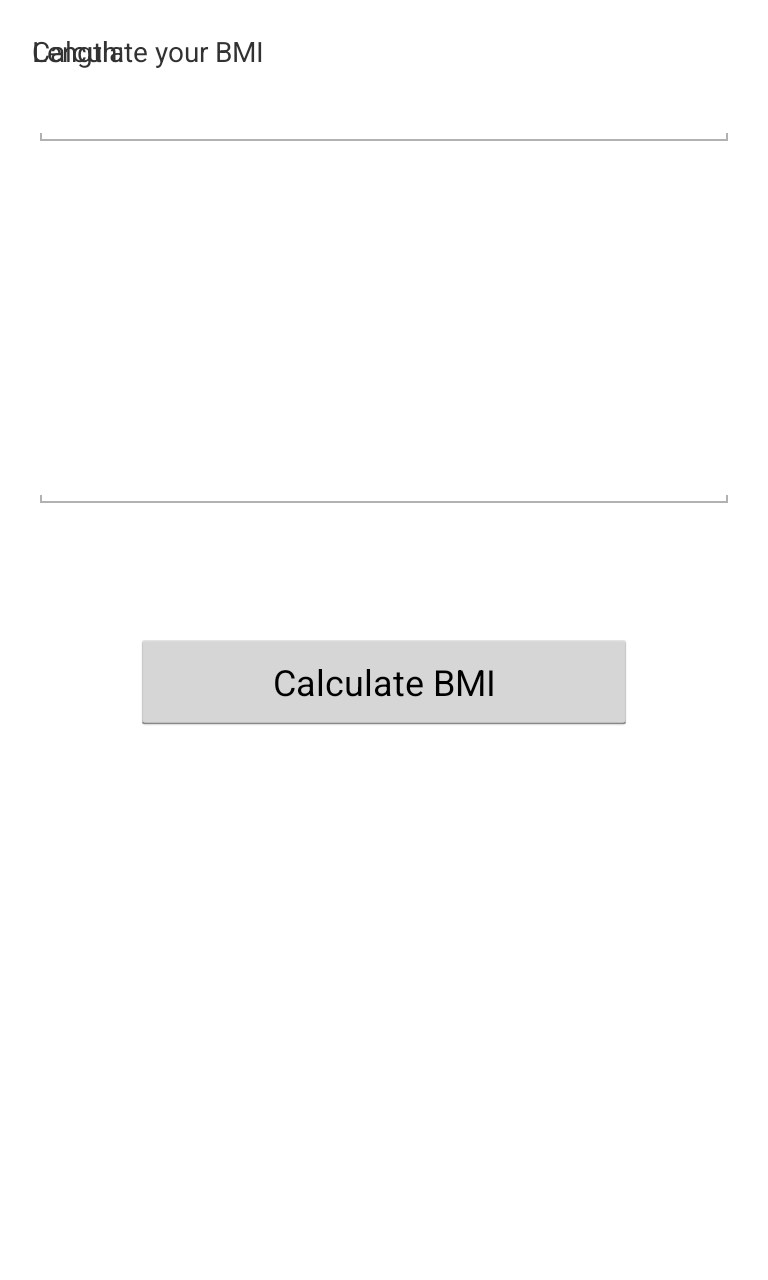
Repository: me222rs/AndroidLab1
Layout: BMI/res/layout/activity_main.xml
These files come from the project's save history. The layout is drawn as it stood at one moment and after the next save; the edit follows.
It is drawn on a 768 x 1280 px phone screen (xhdpi) without system bars, with theme AppTheme; the app's code is not run.

Above is the layout before, as saved 2014-11-17 10:36:20.

### BMI/res/layout/activity_main.xml
<RelativeLayout xmlns:android="http://schemas.android.com/apk/res/android"
    xmlns:tools="http://schemas.android.com/tools"
    android:layout_width="match_parent"
    android:layout_height="match_parent"
    android:paddingBottom="@dimen/activity_vertical_margin"
    android:paddingLeft="@dimen/activity_horizontal_margin"
    android:paddingRight="@dimen/activity_horizontal_margin"
    android:paddingTop="@dimen/activity_vertical_margin"
    tools:context="com.example.bmi.MainActivity" >

    <TextView
        android:layout_width="wrap_content"
        android:layout_height="wrap_content"
        android:text="Calculate your BMI" />

        <TextView
        android:id="@+id/lengthLabel"
        android:layout_width="wrap_content"
        android:layout_height="wrap_content"
        android:text="Length:"
        android:labelFor="@+id/length"/>


        <EditText android:id="@+id/length"
        android:layout_below="@id/lengthLabel"
        android:inputType="number"
		android:layout_width="match_parent"
		android:layout_height="wrap_content" />

        <EditText android:id="@+id/weight"
        android:inputType="number"
		android:layout_width="match_parent"
		android:layout_height="wrap_content"
		android:layout_marginTop="200dp" />


        <Button android:id="@+id/bmi_button"
        android:layout_centerHorizontal="true"
    	android:layout_height="50dp"
     	android:layout_width="250dp"
     	android:layout_marginTop="300dp"
        android:layout_gravity="center"
        android:text="Calculate BMI" />

</RelativeLayout>

Loaded but not shown: BMI/res/values/styles.xml (common file); BMI/res/values-v11/styles.xml (common file); BMI/res/values-v14/styles.xml (common file); BMI/res/values/dimens.xml (common file); BMI/res/values-w820dp/dimens.xml (common file)

After the next save:
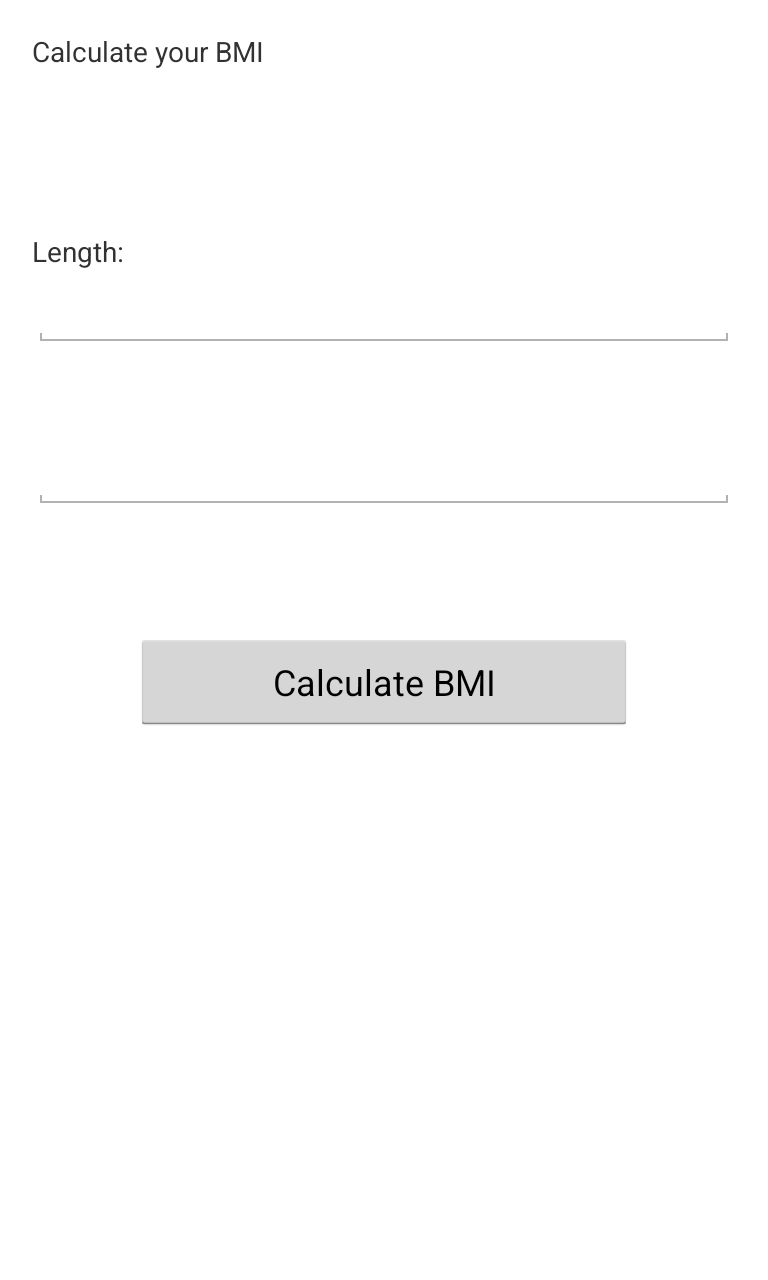
Saved 35 s later.
--- a/BMI/res/layout/activity_main.xml
+++ b/BMI/res/layout/activity_main.xml
@@ -18,14 +18,16 @@
         android:layout_width="wrap_content"
         android:layout_height="wrap_content"
         android:text="Length:"
-        android:labelFor="@+id/length"/>
+        android:labelFor="@+id/length"
+        android:layout_marginTop="100dp"/>
 
 
         <EditText android:id="@+id/length"
         android:layout_below="@id/lengthLabel"
         android:inputType="number"
 		android:layout_width="match_parent"
-		android:layout_height="wrap_content" />
+		android:layout_height="wrap_content"
+ />
 
         <EditText android:id="@+id/weight"
         android:inputType="number"
